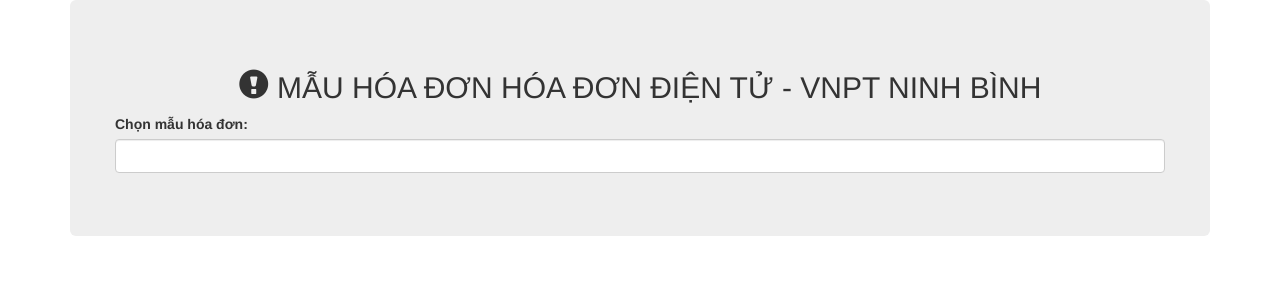
Repository: hoadonvnptninhbinh/hoadonvnptninhbinh
Page: index.html
An editor plug-in stored every save of this project. The page is shown before and after a run of saves, followed by the edit.
The browser window is 1280 px wide. The pictures show the whole page.

Above is the page before, as saved 2020-04-07 14:21:56.

After the next 2 saves:
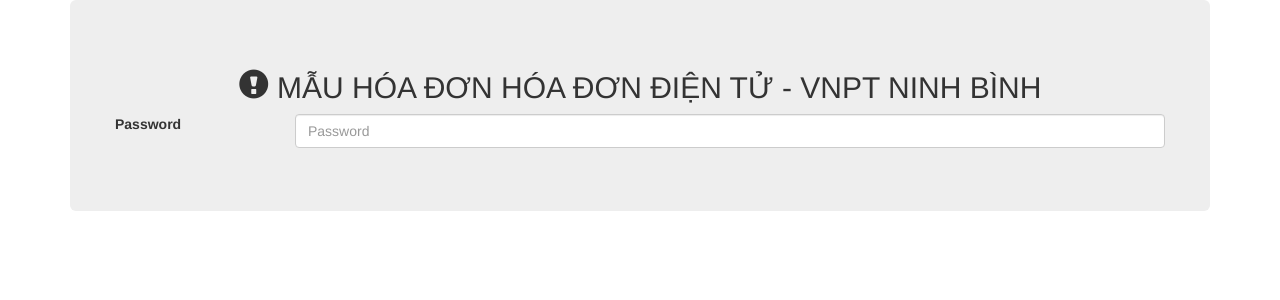
The 2 saves are shown as one change because they came seconds apart.
The last was saved 89 s later.
--- a/index.html
+++ b/index.html
@@ -17,10 +17,12 @@
           <div class="jumbotron">
             <h2 style="text-align: center;"><span class="glyphicon glyphicon-exclamation-sign"></span> MẪU HÓA ĐƠN HÓA ĐƠN ĐIỆN TỬ - VNPT NINH BÌNH</h2>
             <div class="row">
-                <div class="form-group">
-                    <label for="usr">Chọn mẫu hóa đơn:</label>
-                    <input type="text" class="form-control" id="usr">
-                  </div>
+                <div class="form-group row">
+                    <label for="inputPassword" class="col-sm-2 col-form-label">Password</label>
+                    <div class="col-sm-10">
+                      <input type="password" class="form-control" id="inputPassword" placeholder="Password">
+                    </div>
+                </div>
             </div>
           </div>
       </div>
